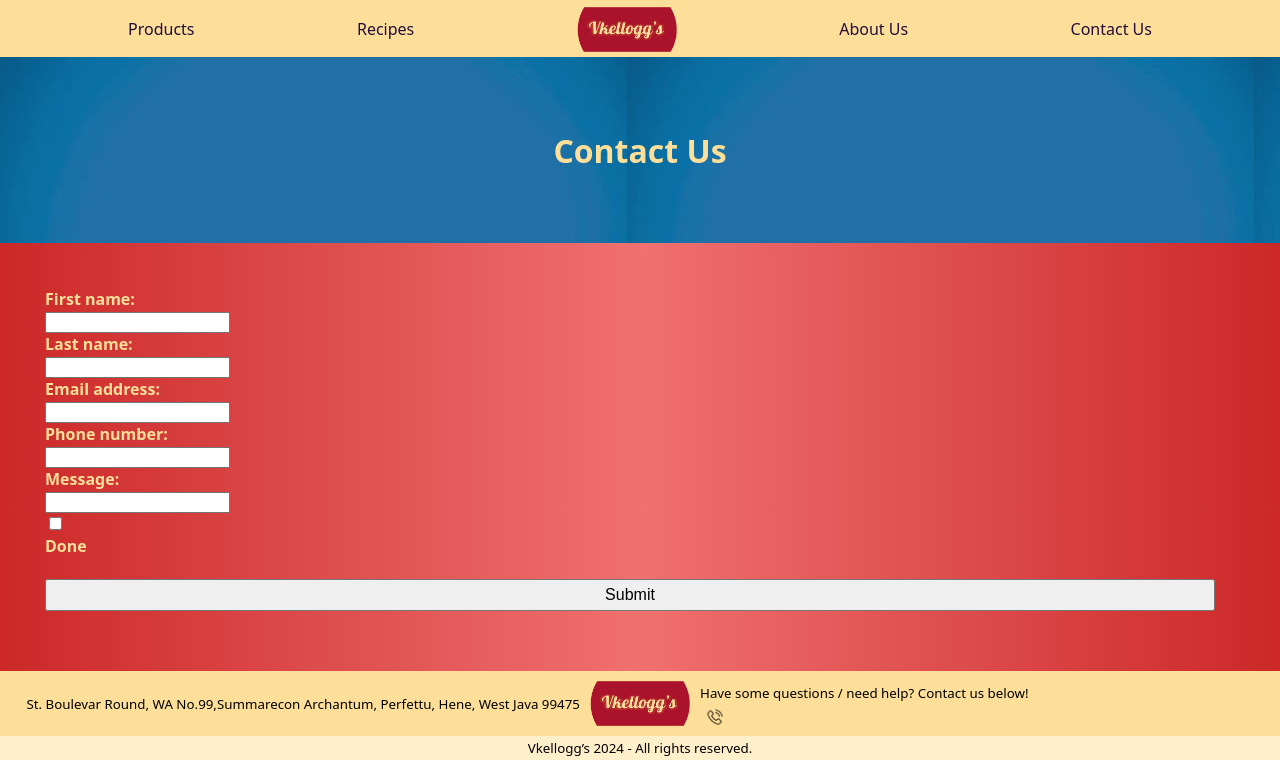
Repository: sugralld/VKelloggs
Page: Code and Assets/html/contactus.html
An editor plug-in stored every save of this project. The page is shown before and after the next save, followed by the edit.
The browser window is 1280 px wide. The pictures show the whole page.

Above is the page before, as saved 2024-12-04 06:06:45.

After the next save:
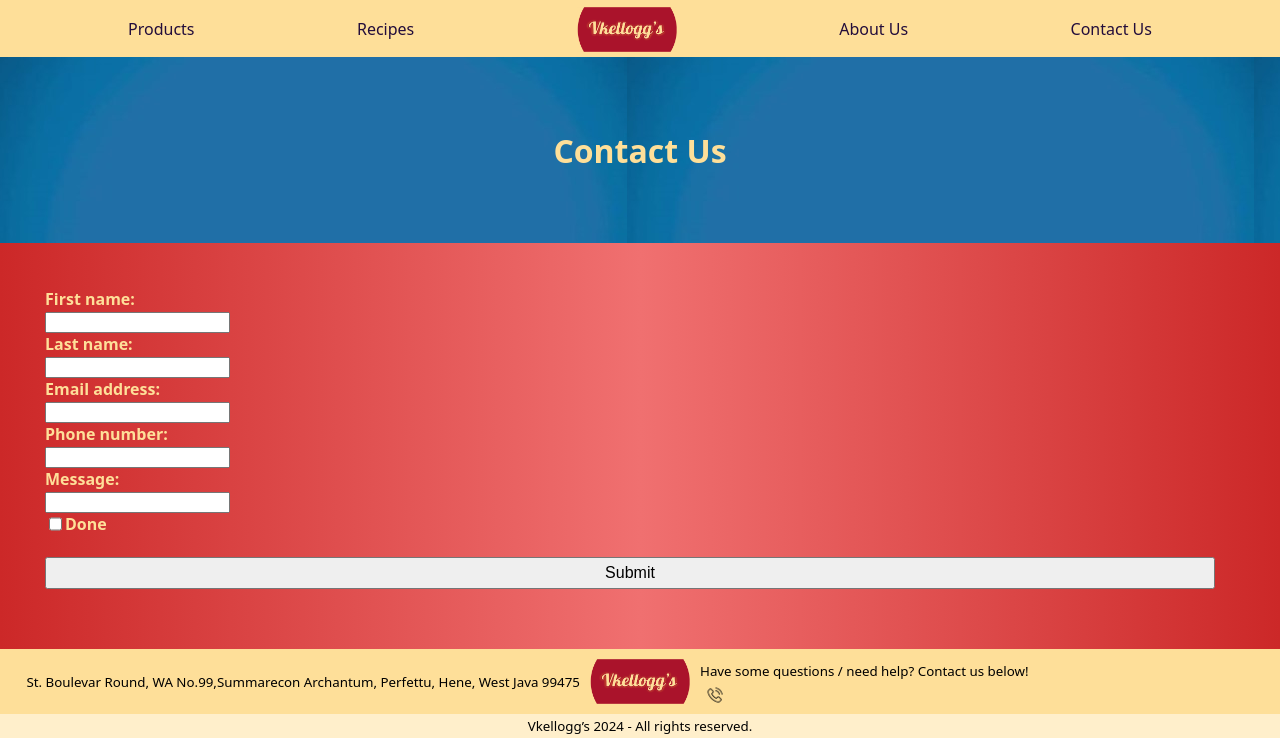
Saved 18 s later.
--- a/Code and Assets/html/contactus.html
+++ b/Code and Assets/html/contactus.html
@@ -51,7 +51,7 @@
                 <br>
 
             </div>
-            <div class="checkbox">
+            <div class="checkbox-container">
                 <input type="checkbox" name="agreement" id="agreement">
                 <label for="agreement">Done</label>
             </div>
